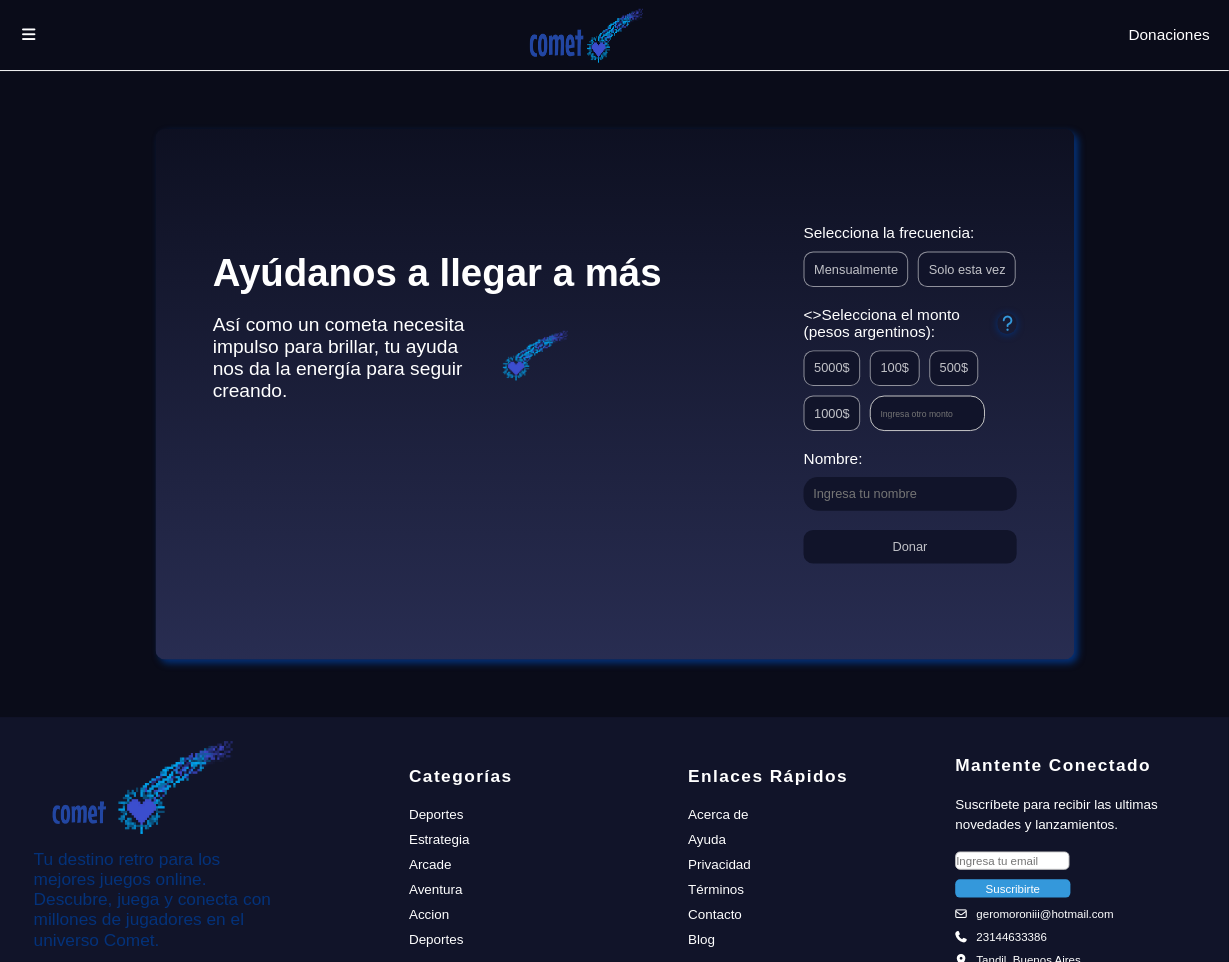
Repository: NahuCaporale/Interfaces
Page: TP2/donaciones.html
These files come from the project's save history. The page is drawn as it stood at one moment and after the next save; the edit follows.
The browser window is 1280 px wide. The pictures show the whole page, at 96% of full size.
Some web fonts or font styles are not loaded; a fallback is used. Some web libraries are served in a nearby version.

Above is the page before, as saved 2025-09-29 21:17:14.

### TP2/donaciones.html
<!DOCTYPE html>
<html lang="en">

<head>
    <meta charset="UTF-8">
    <meta name="viewport" content="width=device-width, initial-scale=1.0">
    <link rel="stylesheet" href="donaciones.css">
    <link rel="stylesheet" href="estilos.css">
    <link rel="stylesheet" href="https://cdnjs.cloudflare.com/ajax/libs/font-awesome/7.0.1/css/all.min.css"
        integrity="sha512-2SwdPD6INVrV/lHTZbO2nodKhrnDdJK9/kg2XD1r9uGqPo1cUbujc+IYdlYdEErWNu69gVcYgdxlmVmzTWnetw=="
        crossorigin="anonymous" referrerpolicy="no-referrer" />
    <title>Donaciones</title>
</head>

<body>

    <div class="grid-container">
        <div class="nav">
            <div class="menu-container">
                <!-- Ícono de hamburguesa -->
                <i class="fa-solid fa-bars"></i>
            </div>

            <div class="logo-container">
                <a href="home.html"><img src="./assets/imgs/logocometweb.png" alt="logo de cometa" class="logo-img"></a>
            </div>

            <div class="nav-link">
                <a href="./donaciones.html">Donaciones</a>
            </div>
        </div>
        <main class="home">
            <div class="columna-70">
                <h1>Ayúdanos a llegar a más</h1>
                <div class="logo-container-card">
                    <p>Así como un cometa necesita impulso
                        para brillar, tu ayuda nos da la
                        energía para seguir creando.</p>
                    <img src="./assets/imgs/cometlogoFinal.png" alt="logo de cometa" class="logo-card-img">
                </div>
            </div>
            <div class="columna-30">
                <form class="donaciones-form">
                    <div class="frecuencia">
                        <label>Selecciona la frecuencia:</label>
                        <div class="frecuencia-buttons">
                            <button type="button">Mensualmente</button>
                            <button type="button">Solo esta vez</button>
                        </div>
                    </div>
                    <div class="monto">
                        <div class="text-monto">
                            <>Selecciona el monto (pesos argentinos):</>
                            <i class="fa-solid fa-question"></i>
                            <div class="help-text" id="help-text">1USD = 1400ARS</div>
                        </div>

                        <div class="monto-buttons">
                            <button type="button">5000$</button>
                            <button type="button">100$</button>
                            <button type="button">500$</button>
                            <button type="button">1000$</button>
                            <input type="text" class="otro-monto" name="donacion-monto" placeholder="Ingresa otro monto">
                        </div>
                    </div>
                    <div class="nombre">
                        <label for="donador-nombre">Nombre:</label>
                        <input type="text" id="donador-nombre" name="donador-nombre" placeholder="Ingresa tu nombre"
                            required>
                    </div>
                    <button class="enviar-donacion" type="submit">Donar</button>
                </form>
            </div>
        </main>
        <footer class="footer">
            <div class="footer-column">
                <div class="footer-logo">
                    <img src="./assets/imgs/logofooter.png" alt="logo de cometa" class="logo-footer">
                </div>
                <p>Tu destino retro para los mejores juegos online.
                    Descubre, juega y conecta con millones
                    de jugadores en el universo Comet.
                </p>
                <div class="social-icons">
                    <i class="fa-brands fa-instagram"></i>
                    <i class="fa-brands fa-x-twitter"></i>
                    <i class="fa-regular fa-comment"></i>
                    <i class="fa-brands fa-facebook"></i>
                </div>

            </div>
            <div class="footer-column">
                <h3>Categorías</h3>
                <ul>
                    <li><a href="#">Deportes</a></li>
                    <li><a href="#">Estrategia</a></li>
                    <li><a href="#">Arcade</a></li>
                    <li><a href="#">Aventura</a></li>
                    <li><a href="#">Accion</a></li>
                    <li><a href="#">Deportes</a></li>
                </ul>
            </div>
            <div class="footer-column">
                <h3>Enlaces Rápidos</h3>
                <ul>
                    <li><a href="#">Acerca de</a></li>
                    <li><a href="#">Ayuda</a></li>
                    <li><a href="#">Privacidad</a></li>
                    <li><a href="#">Términos</a></li>
                    <li><a href="#">Contacto</a></li>
                    <li><a href="#">Blog</a></li>

                </ul>
            </div>
            <div class="footer-column">
                <h3>Mantente Conectado</h3>
                <p>Suscríbete para recibir las ultimas
                    novedades y lanzamientos.</p>
                <form class="subscribe-form">
                    <input type="email" placeholder="Ingresa tu email" required>
                    <button type="submit">Suscribirte</button>
                </form>
                <div class="form-icons">
                    <div class="icon-row">
                        <i class="fa-regular fa-envelope"></i>
                        <span>geromoroniii@hotmail.com</span>
                    </div>
                    <div class="icon-row">
                        <i class="fa-solid fa-phone"></i>
                        <span>23144633386</span>
                    </div>
                    <div class="icon-row">
                        <i class="fa-solid fa-location-dot"></i>
                        <span>Tandil, Buenos Aires</span>
                    </div>
                </div>
            </div>
        </footer>
    </div>
    </div>
        <script src="donaciones.js"></script>

</body>

</html>

### TP2/donaciones.css

/*DONACIOENS CSS*/
body{
    background-color: #0A0C19;
}
.footer {
    height: 255px !important;
}
.home {
    display: grid;
    grid-template-columns: 70% 30%;
    gap: 20px;
    padding: 40px;
    max-width: 1200px;
    margin: 60px auto;
    /* Más margen arriba y abajo */
    background-image: linear-gradient(to bottom, #11142a81, #373d6dab);
    box-shadow: 4px 4px 8px #04327A;
    border-radius: 10px;
    height: 553px;
    width: 957px;
}
.logo-container-card {
    display: flex;
    align-items: center;
    gap: 10px;
    margin-bottom: 90px;
}

.logo-card-img {
    width: 74px;
    height: 62px;
    margin-bottom: 50px;

}

.columna-70 {
    padding: 20px;
    border-radius: 8px;
}

.columna-70 h1 {
    font-size: 2.5rem;
    font-weight: bold;
    margin-bottom: 20px;
}

.columna-70 p {
    margin-bottom: 50px;
    font-family: 'NATS', sans-serif;
    font-size: 20px;
    font-weight: normal;
    width: 52%;
}

.columna-30 {
    padding: 20px;
}

.donaciones-form {
    display: flex;
    flex-direction: column;
    gap: 20px;
}

.frecuencia,
.monto,
.nombre {
    display: flex;
    flex-direction: column;
    gap: 10px;
}

.frecuencia-buttons,
.monto-buttons {
    display: flex;
    flex-wrap: wrap;
    gap: 10px;
}


.frecuencia-buttons button,
.monto-buttons button {
    display: flex;
    padding: 10px 20px;
    border: 1px solid #ccc;
    border-radius: 5px;
    cursor: pointer;
    background-color: #11142A;
    color: rgba(255, 255, 255, 0.616);

}

.otro-monto{
    font-size: 9px;
    width: 120px;
    padding: 10px;
    border-radius: 5px;
    background-color: #11142A;
    border: 1px solid #ccc !important;
    color: rgba(255, 255, 255, 0.616);
}

.donaciones-form input {
    padding: 10px;
    border-radius: 15px;
    background-color: #11142A;
    border: none;

}

.donaciones-form button {
    padding: 10px;
    border-radius: 10px;
    cursor: pointer;
    background-color: #11142A;
    color:#ffffffbd;
    border-color: #fff8;
}
.donaciones-form button:hover{
    background-color: #fff;
    color: #12171F;
}
.enviar-donacion{
    border: none;
}
.enviar-donacion:hover{
    background-color: #D37F85 !important;
    color: white !important;
}

#donador-nombre{
    color:#fff;
}

.text-monto{
    display: flex;           /* mantiene label e ícono en la misma fila */
  align-items: center;     /* alinea verticalmente */
  gap: 5px;                /* espacio entre label y el ícono */
  position: relative;
}
.text-monto i {
    color: #3498db;
    cursor: pointer;
    box-shadow: 0px 1px 8px #04327A;
    border-radius: 10px;
    padding: 3px 6px;
}
.help-text {
    font-family: 'NATS', sans-serif;
  display: none; /* oculto por defecto */
  position: absolute;
  bottom: 100%; /* aparece arriba del icono */
  left: 50%;
  transform: translateX(80%);
  background-color: #ffb84dc2;
  color: black;
  padding: 5px 10px;
  border-radius: 5px;
  white-space: nowrap;
  font-size: 0.9rem;
  margin-bottom: 5px; /* separación del icono */
  z-index: 10;
}

### TP2/estilos.css
/*Fuentes usadas*/
@import url('https://fonts.googleapis.com/css2?family=Mouse+Memoirs&display=swap');
@import url('https://fonts.googleapis.com/css2?family=NATS&display=swap');

* {
    margin: 0;
    padding: 0;
    box-sizing: border-box;
}

body {
    font-family: Arial, sans-serif;
}

.grid-container {
    display: grid;
    grid-template-rows: 74px 1fr auto;
    /* Cambia la altura del footer a auto */
    grid-template-columns: repeat(6, 1fr);
    /* Seis columnas iguales */
    height: 100vh;
    /* Altura completa de la ventana */
    box-sizing: border-box;
    /* Incluye el padding en el cálculo del tamaño */
}

.logo-text {
    font-size: 32px;
    font-family: 'Mouse Memoirs', sans-serif;
    /* Aplica la fuente importada */
    font-weight: normal;
}

.nav {
    grid-column: 1 / 7;
    /* Ocupa las 6 columnas */
    background-color: #0A0C19;
    color: white;
    display: flex;
    justify-content: space-between;
    align-items: center;
    border-bottom: white 1px solid;
    width: 100%;
}

.menu-container {
    justify-content: flex-start;   /* Menú a la izquierda */
    margin-left: 20px;
    align-items: center;
}

.logo-container {
    justify-content: center;       /* Logo centrado */
}

.nav-link {
    margin-right: 20px;
    justify-content: flex-end;     /* Donaciones a la derecha */
}
.nav-link a{
  text-decoration: none;
  color: white;
    font-family: 'NATS', sans-serif;
}

.logo-img {
    width: 131px;
    height: 68px;
}

.logo-footer {
    width: 216px;
    /* Cambia el ancho del logo */
    height: 108px;
    /* Cambia el alto del logo */
}


.home {
    grid-column: 1 / 7;
    /* Ocupa las 6 columnas */
    background-color: #0A0C19;
    color: white;
    display: flex;
    align-items: center;
    justify-content: center;
}

.logo {
    width: 80px;
    height: 70px;
    object-fit: contain;
    /* Asegura que la imagen mantenga su proporción */
}

/*footer*/
.footer {
    grid-column: 1 / 7;
    /* Ocupa las 6 columnas */
    background-color: #111429;
    color: white;
    display: grid;
    grid-template-columns: repeat(4, 1fr);
    /* Divide el footer en 4 columnas iguales */
    gap: 40px;
    /* Espaciado entre columnas */
    padding: 20px;
    /* Espaciado interno del footer */
    align-items: start;
    /* Alinea el contenido al inicio de cada columna */
    justify-items: center;
    /* Centra cada columna horizontalmente */
    height: auto;
    /* Ajusta la altura automáticamente según el contenido */
    box-sizing: border-box;
    /* Incluye el padding en el cálculo del tamaño */
    overflow: hidden;
    /* Evita que el contenido se desborde */
}

.footer-column {
    display: flex;
    flex-direction: column;
    /* Mantiene los elementos apilados verticalmente */
    align-items: flex-start;
    /* Alinea todo el contenido a la izquierda */
    justify-content: center;
    /* Centra los elementos verticalmente en la columna */
    gap: 10px;
    /* Espaciado entre los elementos */
    text-align: left;
    /* Asegura que el texto esté alineado a la izquierda */
    height: 100%;
    /* Asegura que la columna ocupe todo el espacio disponible */
    padding: 0;
    /* Elimina el padding adicional */
    margin: 0;
    /* Elimina márgenes adicionales */
}

.footer-column h3 {
    font-size: 18px;
    font-family: 'Mouse Memoirs', sans-serif;
    /* Aplica la fuente Mouse Memoirs */
    margin-bottom: 10px;
    letter-spacing: 1.5px;
    text-align: left;
    /* Alinea el título a la izquierda */
    width: 100%;
    /* Asegura que el título ocupe todo el ancho disponible */
}

.footer-column ul {
    list-style: none;
    padding: 0;
    margin: 0;
    text-align: left;
    /* Alinea los elementos de la lista a la izquierda */
    width: 100%;
    /* Asegura que la lista ocupe todo el ancho disponible */
    gap: 20px;
}

.footer-column ul li {
    margin-left: 0;
    /* Asegura que los elementos comiencen desde el borde izquierdo */
    font-family: 'NATS', sans-serif;
    /* Aplica la fuente NATS a los elementos de la lista */
    font-size: 14px;
    /* Ajusta el tamaño de la fuente */
    margin-bottom: 10px;
    /* Aumenta el espaciado entre los elementos */

}

.footer p {
    font-family: 'NATS', sans-serif;
    /* Aplica la fuente NATS */
}

.footer-column ul li a {
    font-family: 'NATS', sans-serif;
    /* Aplica la fuente NATS */
    text-decoration: none;
    /* Elimina el subrayado predeterminado */
    color: white;
    /* Cambia el color del texto a blanco */
    font-size: 14px;
    /* Ajusta el tamaño de la fuente */
    transition: color 0.3s ease;
    /* Agrega una transición suave para el hover */
}

.footer-column ul li a:hover {
    color: #3498db;
    /* Cambia el color del texto al pasar el mouse */
}

.footer-logo {
    display: flex;
    flex-direction: column;
    align-items: center;
    justify-content: flex-start;
    text-align: center;
    height: auto;
    /* Asegura que el contenedor ocupe todo el ancho disponible */
}

.footer-column p {
    font-family: 'Mouse Memoirs', sans-serif;
    /* Aplica la fuente importada */
    max-width: 250px;
    /* Limita el ancho del texto para mejor legibilidad */
    color: #04327A;
    font-size: 18px;
    margin-bottom: 7px;
}

.footer-column:last-child p {
    font-family: 'NATS', sans-serif;
    /* Aplica la fuente NATS a todo el footer */
    color: white;
    /* Cambia el color del texto a blanco */
    font-size: 14px;
    /* Ajusta el tamaño de la fuente si es necesario */
    line-height: 1.5;
    /* Mejora la legibilidad con un espaciado entre líneas */
}

.social-icons {
    display: flex;
    align-items: center;
    /* Alinea los íconos verticalmente con el texto */
    width: 100%;
    /* Asegura que ocupen todo el ancho disponible */

    gap: 20px;
    /* Espaciado entre los iconos */
    color: white;
    /* Color de los iconos */
    justify-content: flex-start;
    margin-bottom: 15px;
}

.social-icons i {
    height: 5px;
    /* Ajusta la altura de los íconos */
    width: 5px;
    /* Ajusta el ancho de los íconos */

}

.footer-logo img {
    width: 216px;
    /* Cambia el ancho del logo */
    height: 108px;
    /* Cambia el alto del logo */
}


.subscribe-form {
    display: flex;
    flex-direction: column;
    /* Mantiene el input y el botón apilados */
    gap: 10px;
    /* Espaciado entre el input y el botón */
    width: 100%;
    /* Asegura que el formulario ocupe todo el ancho disponible */
}

.subscribe-form input {
    width: 119px;
    /* Ancho del input */
    height: 19px;
    /* Alto del input */
    padding: 0;
    /* Elimina el padding adicional */
    border: 1px solid #ccc;
    border-radius: 5px;
    font-size: 12px;
    /* Ajusta el tamaño de la fuente para que se adapte al tamaño */
}

.subscribe-form button {
    width: 120px;
    /* Ancho del botón */
    height: 19px;
    /* Alto del botón */
    padding: 0;
    /* Elimina el padding adicional */
    background-color: #3498db;
    color: white;
    border: none;
    border-radius: 5px;
    cursor: pointer;
    font-size: 12px;
    /* Ajusta el tamaño de la fuente para que se adapte al tamaño */
    text-align: center;
}

.subscribe-form button:hover {
    background-color: #2980b9;
    /* Cambia el color al pasar el mouse */
}

.form-icons {
    display: flex;
    flex-direction: column;
    /* Coloca los íconos en vertical */
    gap: 10px;
    /* Espaciado entre las filas de íconos */
    width: 100%;
    /* Asegura que ocupe todo el ancho disponible */
}

.icon-row {
    display: flex;
    align-items: center;
    /* Alinea el ícono y el texto verticalmente */
    gap: 10px;
    /* Espaciado entre el ícono y el texto */
}

.icon-row i {
    font-size: 12px;
    /* Reduce el tamaño del ícono ligeramente */
    width: 12px;
    /* Ajusta el ancho del ícono */
    height: 12px;
    /* Ajusta la altura del ícono */
}

.icon-row span {
    font-size: 12px;
    /* Reduce el tamaño del texto ligeramente */
    color: white;
    /* Mantiene el color blanco */
    font-family: 'NATS', sans-serif;
    /* Aplica la fuente NATS */
}

### TP2/donaciones.js
const icon = document.querySelector(".text-monto i");
const helpText = document.getElementById("help-text");

icon.addEventListener("click", () => {
  // alterna mostrar/ocultar
  if (helpText.style.display === "block") {
    helpText.style.display = "none";
  } else {
    helpText.style.display = "block";
  }
});

After the next save:
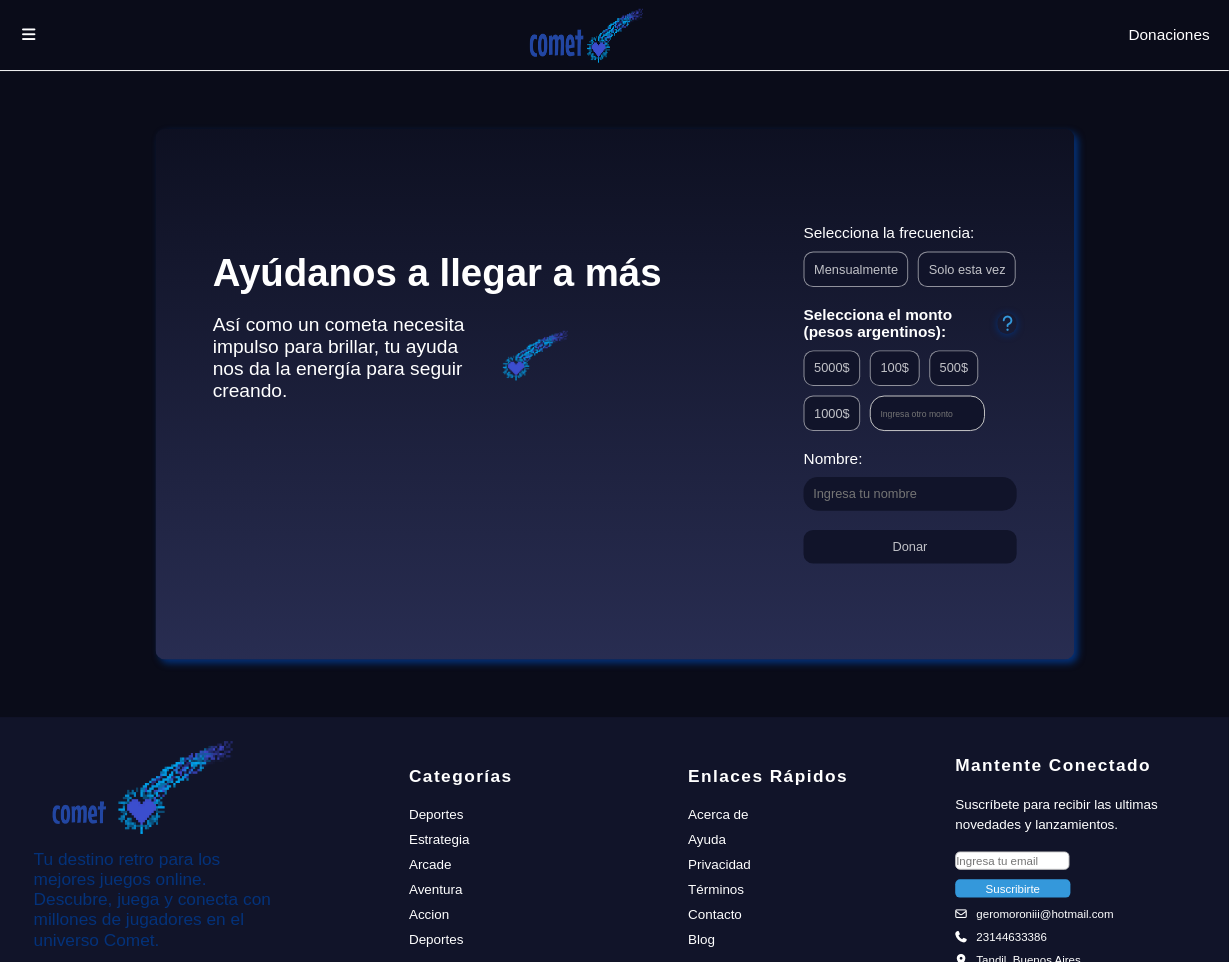
Saved 3 s later.
--- a/TP2/donaciones.html
+++ b/TP2/donaciones.html
@@ -50,7 +50,7 @@
                     </div>
                     <div class="monto">
                         <div class="text-monto">
-                            <>Selecciona el monto (pesos argentinos):</>
+                            <h4>Selecciona el monto (pesos argentinos):</h4>
                             <i class="fa-solid fa-question"></i>
                             <div class="help-text" id="help-text">1USD = 1400ARS</div>
                         </div>
